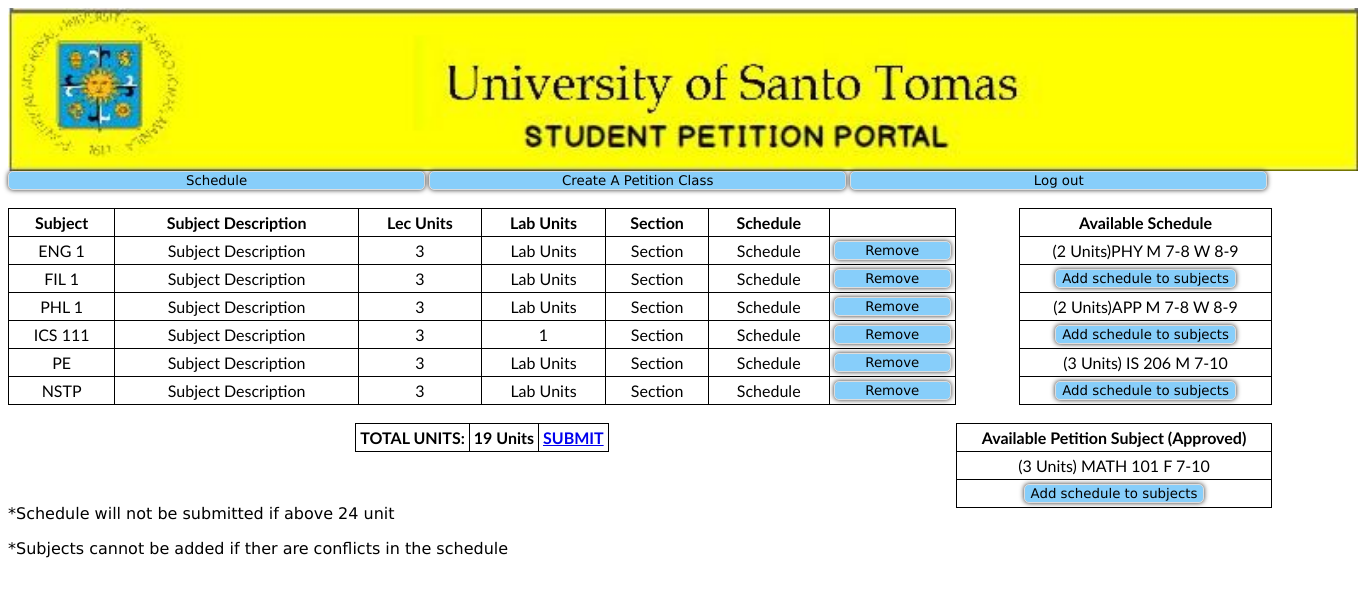
Repository: mawewatistel/PetitioningSystem
Page: http://localhost/SibuloTolentino/home.jsp
These files come from the project's save history. The page is drawn as it stood at one moment and after the next save; the edit follows.
The browser window is 1280 px wide. The page is 1358 px wide, so the pictures cover 1358 px, including what lies to the right of the window. The pictures show the whole page.
The page is served by Tomcat 9.

Above is the page before, as saved 2016-05-10 04:21:16.

### SibuloTolentino/WebContent/home.jsp
<%@page language="java" contentType="text/html; charset=ISO-8859-1" pageEncoding="ISO-8859-1" %>
<!DOCTYPE html PUBLIC "-//W3C//DTD HTML 4.01 Transitional//EN" "http://www.w3.org/TR/html4/loose.dtd">
<html>
<head>
<meta http-equiv="Content-Type" content="text/html; charset=ISO-8859-1">
<title>Petition Class</title>
</head>
<body>
<form action ="home.jsp" method = "post">
<img src ="Images/ust.JPG" alt = "Missing Image!=" width = 1350 height= ><br>
<input type="submit" name="one" id="remove" value="Schedule" style="width:33%" style="height:15%"/>
<input type="submit" name="two" id="remove" value="Create A Petition Class" style="width:33%" style="height:15%"/>
<input type="submit" name="three" id="remove" value="Log out" style="width:33%" style="height:15%"/></form>
<% if (request.getParameter("one") != null) {
    response.sendRedirect("home.jsp");
}
else if (request.getParameter("two") != null) {
    response.sendRedirect("create.jsp");
}
else if (request.getParameter("three") != null) {
    response.sendRedirect("index.jsp");
}
 %>
<br>
<table border="1" align="right" style ="width: 20%">
<tr>
<th> Available Schedule </th>
</tr>
<tr>
<td>(2 Units)PHY M 7-8 W 8-9</td>
</tr>
<tr>
<td><form><input type="submit" name="two" value="Add schedule to subjects"/></form></td>
</tr>
<tr>
<td> (2 Units)APP M 7-8 W 8-9 </td>
</tr>
<tr>
<td> <form><input type="submit" name="two" value="Add schedule to subjects"/></form></td>
</tr>
<tr>
<td>(3 Units) IS 206 M 7-10</td>
</tr>
<tr>
<td> <form><input type="submit" name="two" value="Add schedule to subjects"/></form></td>
</tr>
</table>
<table border="1" style ="width: 75%">
<tr>
<th> Subject </th>
<th> Subject Description</th>
<th> Lec Units</th>
<th> Lab Units</th>
<th> Section</th>
<th> Schedule </th>
</tr>
<tr>
<td>ENG 1</td>
<td> Subject Description </td>
<td>3</td>
<td>Lab Units</td>
<td>Section</td>
<td>Schedule</td>
<td><form><input type="submit"  name="three"value="Remove" style="width:100%"></form></td>
</tr>
<tr>
<td>FIL 1</td>
<td> Subject Description </td>
<td>3</td>
<td>Lab Units</td>
<td>Section</td>
<td>Schedule</td>
<td><form><input type="submit"  name="three" value="Remove" style="width:100%"></form></td>
</tr>
<tr>
<td>PHL 1</td>
<td> Subject Description </td>
<td>3</td>
<td>Lab Units</td>
<td>Section</td>
<td>Schedule</td>
<td><form><input type="submit"  name="three"value="Remove" style="width:100%"></form></td>
</tr>
<tr>
<td>ICS 111</td>
<td> Subject Description </td>
<td>3</td>
<td>1</td>
<td>Section</td>
<td>Schedule</td>
<td><form><input type="submit"  name="three"value="Remove" style="width:100%"></form></td>
</tr>
<tr>
<td>PE</td>
<td> Subject Description </td>
<td>3</td>
<td>Lab Units</td>
<td>Section</td>
<td>Schedule</td>
<td><form><input type="submit"  name="three"value="Remove" style="width:100%"></form></td>
</tr>
<tr>
<td>NSTP</td>
<td> Subject Description </td>
<td>3</td>
<td>Lab Units</td>
<td>Section</td>
<td>Schedule</td>
<td><form><input type="submit"  name="three"value="Remove" style="width:100%"></form></td>
</tr>
</table>
<br>
<table border="1" align="right" style="width: 25%">
<tr>
<th> Available Petition Subject (Approved)</th>
</tr>
<tr>
<td> (3 Units) MATH 101 F 7-10 </td>
</tr>
<tr>
<td> <form><input type="submit" name="two"  value="Add schedule to subjects" align="center"/></form></td>
</tr>
</table>
<table align="center">
<tr>
	<th>TOTAL UNITS:</th>
	<th>19 Units</th>
	<th><a href="submit.jsp"> SUBMIT</a>
</table>
<br><br>
<p>*Schedule will not be submitted if above 24 unit</p>
<p>*Subjects cannot be added if ther are conflicts in the schedule</p>
<style>
h1 {
	font-family: consolas;
	font-size: 300%;
	color: blue;
}

h2 {
	font-family: calibri;
}

p {
	font-family: "verdana";
}

input[type="text"] {
	background: white;
	border: 1px double black;
	border-radius: 5px;
	box-shadow: 0 0 5px yellow;
	color: black;
	outline: center;
	height: 25px;
	width: 275px;
	font-family: "verdana";
}
table, th, td {
border: 1px solid black;
border-collapse: collapse;
}
th, td {
padding: 4px;
text-align: center;
font-family: calibri;
}
input[type="submit"]{
    background: #87CEFA;
    border: 1px double #DDD;
    border-radius: 5px;
    box-shadow: 0 0 5px #333;
    color: ;
    outline: none;
    font-family: "verdana";
    font-color: black;
}
input.remove{
	height:30em;
}
</style>
</html>

After the next save:
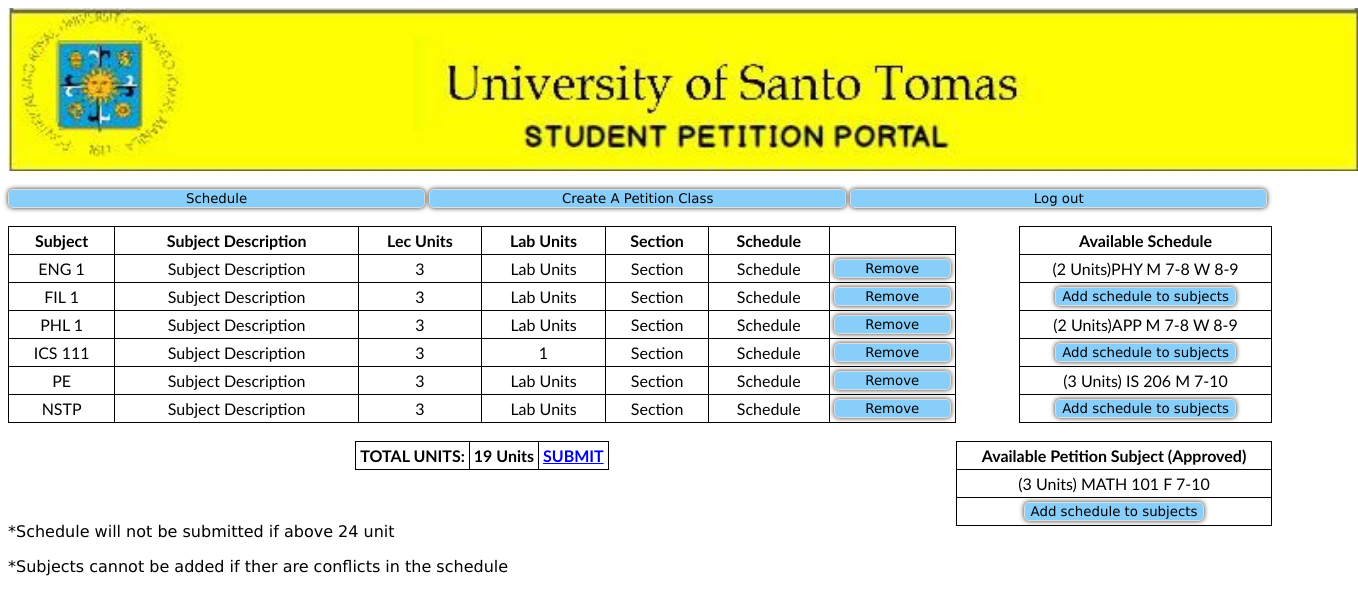
Saved 44 s later.
--- a/SibuloTolentino/WebContent/home.jsp
+++ b/SibuloTolentino/WebContent/home.jsp
@@ -7,7 +7,7 @@
 </head>
 <body>
 <form action ="home.jsp" method = "post">
-<img src ="Images/ust.JPG" alt = "Missing Image!=" width = 1350 height= ><br>
+<img src ="Images/ust.JPG" alt = "Missing Image!=" width = 1350 height= ><br><br>
 <input type="submit" name="one" id="remove" value="Schedule" style="width:33%" style="height:15%"/>
 <input type="submit" name="two" id="remove" value="Create A Petition Class" style="width:33%" style="height:15%"/>
 <input type="submit" name="three" id="remove" value="Log out" style="width:33%" style="height:15%"/></form>
